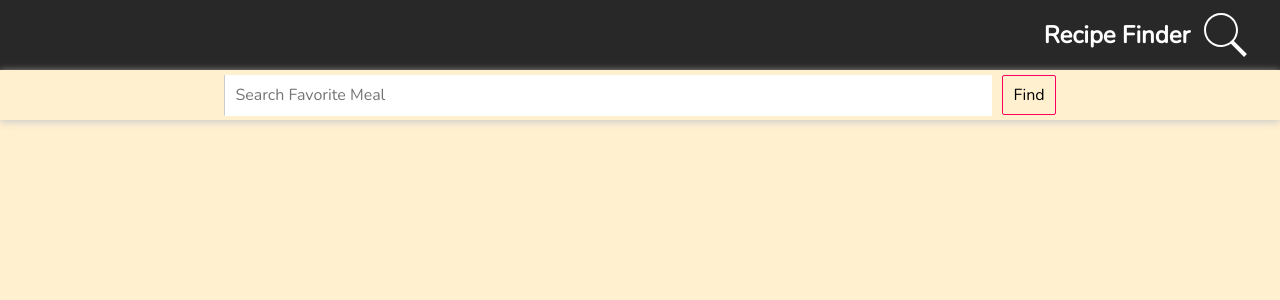
Repository: burntaftermint/recipes
Page: index.html
An editor plug-in stored every save of this project. The page is shown before and after the next save, followed by the edit.
The browser window is 1280 px wide. The pictures show the whole page.
The page's requests for data from a server got no answer.

Above is the page before, as saved 2023-11-07 03:26:01.

### index.html
<!DOCTYPE html>
<html lang="en">
<head>
    <meta charset="UTF-8">
    <meta name="viewport" content="width=device-width, initial-scale=1.0">
    <title>Recipe Finder</title>
    <link rel="stylesheet" href="style.css">
    <script src="app.js" defer></script>
</head>
<body>
    <header>
        <h2>Recipe Finder</h2>
        <img src="images/search.svg" alt="Search">
    </header>
    <section class="container">
        <div id="loading"></div>
        <div class="search">
            <input id="txtSearch" type="text" placeholder="Search Favorite Meal" autofocus>
            <button class="btn">Find</button>
        </div>
        <div id="recipe-container">

</div>
    </section>
</body>
</html>

### style.css
@import url('https://fonts.googleapis.com/css2?family=Architects+Daughter&family=Kumbh+Sans:wght@400;700&family=Montserrat:ital,wght@0,100;0,200;0,300;0,400;0,500;0,600;0,700;0,800;0,900;1,100;1,200;1,300;1,400;1,500;1,600;1,700;1,800;1,900&family=Nunito&family=Roboto:wght@300&family=Rubik:wght@400;500;600;700;800&display=swap');
:root {
    --light-color: #fff;
    --dark-color: #282828;
    --header-height: 70px;
    --search-height: 50px;
    --border-color: #ccc;
}
* {
    margin: 0;
    padding: 0;
    box-sizing: border-box;
    font-family: 'Nunito', sans-serif;
}

body {
    height: 100vh;
    width: 100vw;
    background: rgb(255, 240, 207);
    overflow: hidden;
}

.container {
    text-align: center;
    height: calc(100vh - var(--header-height));
}

header {
    height: var(--header-height);
    background: var(--dark-color);
    display: flex;
    align-items: center;
    justify-content: flex-end;
    color: var(--light-color);
    gap: 10px;
    padding-right: 30px;
}

header img {
    filter: invert(1);
}

.search {
    display: flex;
    justify-content: center;
    align-items: center;
    height: var(--search-height);
    gap: 10px;
    box-shadow: 0px 2px 8px 0px var(--border-color);
}

.search input[type="text"] {
    padding: 8px 10px;
    line-height: 1.5;
    font-size: 1rem;
    border: none;
    border-left: 1px solid var(--border-color);
    border-bottom: 1px solid transparent;
    outline: none;
    transition: all 200ms ease-in-out;
    width: 60%;

}

.search input[type="text"] :focus {
    border-left-color: transparent;
    border-bottom-color: var(--border-color);
    width: 61%;
}

.btn {
    padding: 8px 10px;
    background: transparent;
    border-radius: 2px;
    user-select: none;
    font-size: 1rem;
    border: 1px solid #ff005d;
    cursor: pointer;
}

.btn:hover {
    background: #ff005d;
    border-color: var(--light-color);
}

#recipe-container {
    display: flex;
    justify-content: center;
    align-items: flex-start;
    flex-wrap: wrap;
    height: calc(100vh - (var(--header-height) + var(--search-height) + 20px));
    overflow: hidden;
    overflow-y: auto;
}

.recipe {
    height: 300px;
    width: 300px;
    padding: 8px;
    box-shadow: 0px 0px 8px 2px var(--border-color);
    margin: 20px;
    transition: all 200ms ease-in-out;
    border-radius: 4px 4px 0px 0px;
}

.recipe-title {
    height: 70px;
    display: flex;
    align-items: center;
    justify-content: center;
    font-size: 1rem;
    padding: 5px;
}

.recipe-image {
    height: 210px;
}

.recipe-image img {
    height: 100%;
    width: 100%;
}

.recipe-text {
    height: 0px;
    visibility: hidden;
    opacity: 0;
    transition: all 200ms ease-in-out;
    background: #ccc;
    margin-top: 20px;
    overflow: hidden;
    overflow-y: auto;
    transform: scale(.8);
    transform-origin: top left;
}

.recipe-text ul {
    list-style-type: circle;
    list-style-position: inside;
    text-align: left;
    padding: 5px;
}

.recipe-text ul > li {
    padding: 5px;
}

.recipe:hover .recipe-text {
    height: 120px;
    visibility: visible;
    opacity: 1;
    transform: scale(1);
}

.recipe:hover{
    height: 440px;
}

::selection {
    color: var(--light-color);
    background: rgb(177, 33, 249);
}

#loading {
    background: url(images/Spinnercolor.gif) no-repeat center center;
    position: absolute;
    width: 100%;
    height: 100%;
    z-index: 999;
}

.hide {
    display: none;
}

@media only screen and (max-width: 700px) {
    body{
        background: rgb(255, 240, 207);
    }
}

### app.js
const appId = "4b9421ae";
const appKey = "bbff63d7d53d545896d77f31eca36816";
const baseUrl = `https://api.edamam.com/api/recipes/v2?type=public&app_id=${appId}&app_key=${appKey}`;
const recipeContainer = document.querySelector("#recipe-container");
const txtSearch = document.querySelector("#txtSearch");
const btnFind = document.querySelector(".btn");
const loadingEle = document.querySelector("#loading");

btnFind.addEventListener("click", () => loadRecipes(txtSearch.value));

txtSearch.addEventListener("keyup", (e) => {
    const inputVal = txtSearch.value;
    if (e.keyCode === 13) {
        loadRecipes(inputVal);
    }
});

const toggleLoad = (element, isShow) => {
    element.classList.toggle("hide", isShow);
}
const setScrollPosition = () => {
    recipeContainer.scrollTo({ top:0, behavior: "smooth" });
}
function loadRecipes(type="panner") {
    toggleLoad(loadingEle, false)
    const url=baseUrl+ `&q=${type}`;
    fetch(url)
    .then((res) => res.json())
    .then((data) => {
        renderRecipes(data.hits);
        toggleLoad(loadingEle, true);
    })
    .catch((error) => toggleLoad(loadingEle, true))
    .finally(() => setScrollPosition());
}
loadRecipes();

const getRecipeStepsStr = (ingredientLines = []) => {
    let str = "";
    for(var step of ingredientLines) {
        str = str + `<li>${step}</li>`;
    }
    return str;
};

const renderRecipes = (recipeList=[]) => {
    recipeContainer.innerHTML = "";
    recipeList.forEach((recipeObj) => {
            const {
                label: recipeTitle,
                 ingredientLines,
                  image:recipeImage
                } = recipeObj.recipe;
                const recipeStepsStr = getRecipeStepsStr(ingredientLines);
        const htmlStr = `<div class="recipe">
                <div class="recipe-title">${recipeTitle}</div>
                <div class="recipe-image">
                    <img src="${recipeImage}" alt="Recipe">
                </div>


        <div class="recipe-text">
            <ul>
                ${recipeStepsStr}
            </ul>
        </div>
    </div>`;
    recipeContainer.insertAdjacentHTML("beforeend", htmlStr);
    })
}

After the next save:
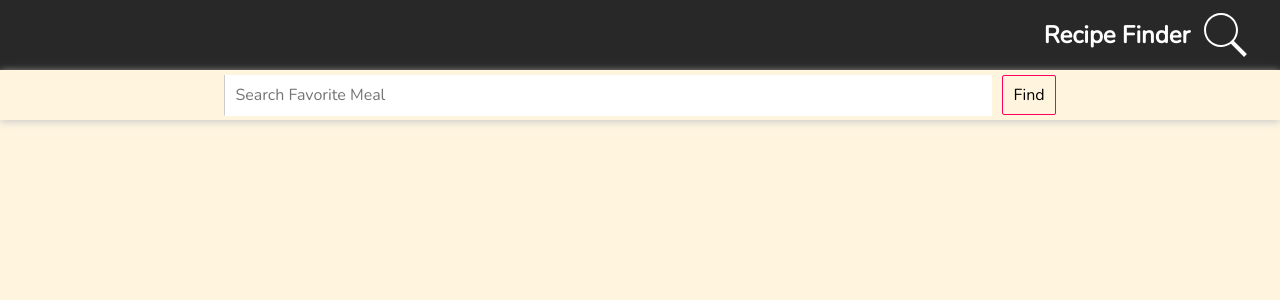
Saved 19 s later.
--- a/style.css
+++ b/style.css
@@ -16,7 +16,7 @@
 body {
     height: 100vh;
     width: 100vw;
-    background: rgb(255, 240, 207);
+    background: rgb(255, 245, 223);
     overflow: hidden;
 }
 
